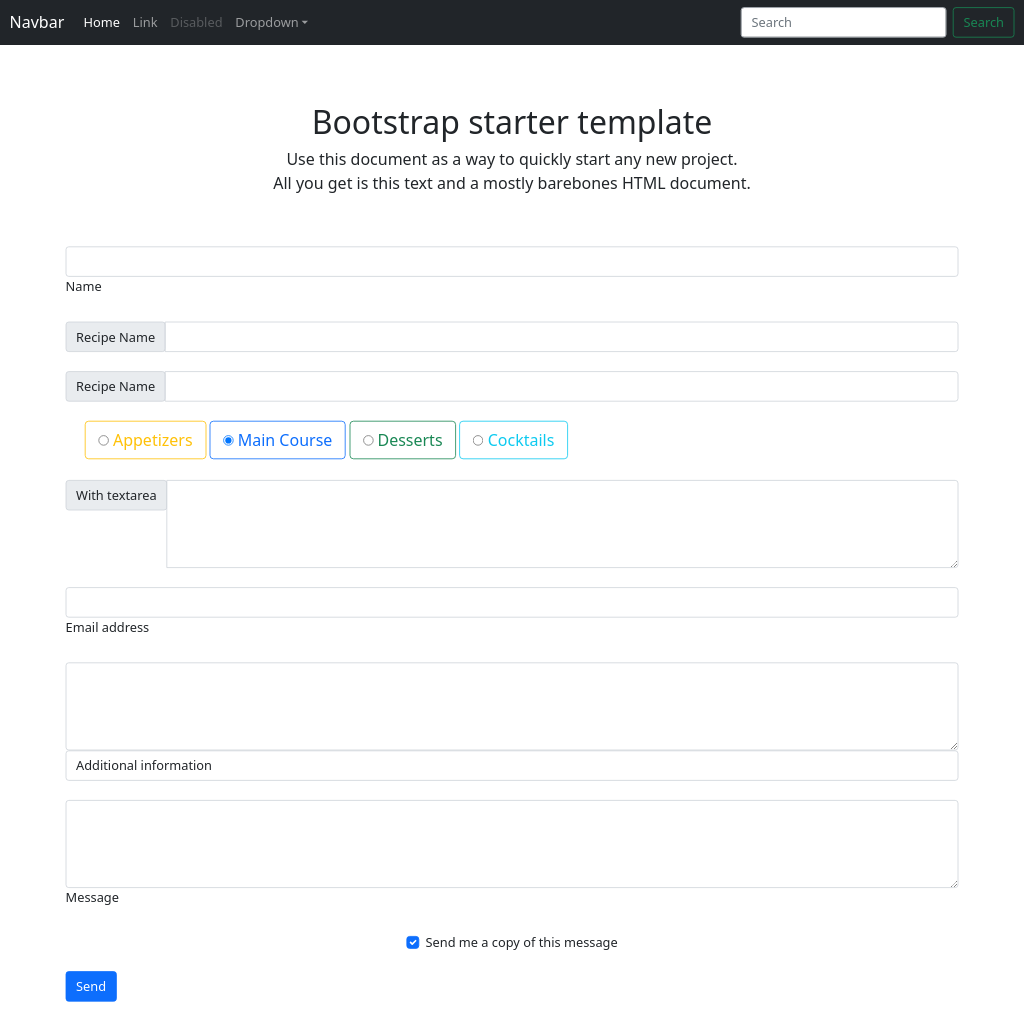
Repository: jerrywthompson/createRecipeWebpageHTML
Page: index.html
The author's editor kept a copy of each file at every save. The page is drawn from the files as they stood at one save, then again after the next save.
The browser window is 1280 px wide. The pictures show the whole page, at 80% of full size.

Above is the page before, as saved 2021-02-23 21:44:55.

### index.html
<!doctype html>
<html lang="en">
    <head>
        <meta charset="utf-8">
        <meta name="viewport" content="width=device-width, initial-scale=1">
        <meta name="description" content="">
        <meta name="author" content="Mark Otto, Jacob Thornton, and Bootstrap contributors">
        <meta name="generator" content="Hugo 0.80.0">
        <title>Starter Template · Bootstrap v5.0</title>

        <link rel="canonical" href="https://getbootstrap.com/docs/5.0/examples/starter-template/">



        <!-- Bootstrap core CSS -->
        <link href="../assets/dist/css/bootstrap.min.css" rel="stylesheet">

        <style>
            .bd-placeholder-img {
                font-size: 1.125rem;
                text-anchor: middle;
                -webkit-user-select: none;
                -moz-user-select: none;
                user-select: none;
            }

            @media (min-width: 768px) {
                .bd-placeholder-img-lg {
                    font-size: 3.5rem;
                }
            }
        </style>


        <!-- Custom styles for this template -->
        <link href="starter-template.css" rel="stylesheet">
    </head>
    <body>

        <nav class="navbar navbar-expand-md navbar-dark bg-dark fixed-top">
            <div class="container-fluid">
                <a class="navbar-brand" href="#">Navbar</a>
                <button class="navbar-toggler" type="button" data-bs-toggle="collapse" data-bs-target="#navbarsExampleDefault" aria-controls="navbarsExampleDefault" aria-expanded="false" aria-label="Toggle navigation">
                    <span class="navbar-toggler-icon"></span>
                </button>

                <div class="collapse navbar-collapse" id="navbarsExampleDefault">
                    <ul class="navbar-nav me-auto mb-2 mb-md-0">
                        <li class="nav-item">
                            <a class="nav-link active" aria-current="page" href="#">Home</a>
                        </li>
                        <li class="nav-item">
                            <a class="nav-link" href="#">Link</a>
                        </li>
                        <li class="nav-item">
                            <a class="nav-link disabled" href="#" tabindex="-1" aria-disabled="true">Disabled</a>
                        </li>
                        <li class="nav-item dropdown">
                            <a class="nav-link dropdown-toggle" href="#" id="dropdown01" data-bs-toggle="dropdown" aria-expanded="false">Dropdown</a>
                            <ul class="dropdown-menu" aria-labelledby="dropdown01">
                                <li><a class="dropdown-item" href="#">Action</a></li>
                                <li><a class="dropdown-item" href="#">Another action</a></li>
                                <li><a class="dropdown-item" href="#">Something else here</a></li>
                            </ul>
                        </li>
                    </ul>
                    <form class="d-flex">
                        <input class="form-control me-2" type="search" placeholder="Search" aria-label="Search">
                        <button class="btn btn-outline-success" type="submit">Search</button>
                    </form>
                </div>
            </div>
        </nav>



        <div class="starter-template text-center py-5 px-3">
            <h1>Bootstrap starter template</h1>
            <p class="lead">Use this document as a way to quickly start any new project.<br> All you get is this text and a mostly barebones HTML document.</p>
        </div>
        <main class="container">
            <div class="input-section">
                <fieldset class="form-group">

                    <form action="test.php" method="post">
                        <!-- Name input -->
                        <div class="form-outline mb-4">
                            <input type="text" name="recipeName" id="form4Example1" class="form-control" />
                            <label class="form-label" for="form4Example1">Name</label>
                        </div>

                        <div class="input-group mb-4">
                            <div class="input-group-prepend">
                                <span class="input-group-text" id="inputGroup-sizing-default">Recipe Name</span>
                            </div>
                            <input type="text" name="notes" class="form-control" aria-label="Default" aria-describedby="inputGroup-sizing-default">
                        </div>

                        <div class="input-group mb-4">
                            <div class="input-group-prepend">
                                <span class="input-group-text" id="inputGroup-sizing-default">Recipe Name</span>
                            </div>
                            <input type="text" name="notes" class="form-control" aria-label="Default" aria-describedby="inputGroup-sizing-default">
                        </div>

                        <div class="input-group mb-4">
                            <div class="form-check">
                                <label class="btn btn-outline-warning btn-lg">
                                    <input type="radio" name="recipeType" id="appetizers" value="appetizers" autocomplete="off" > Appetizers
                                </label>
                                <label class="btn btn-outline-primary btn-lg">
                                    <input type="radio" name="recipeType" id="main_course" value="main_course" autocomplete="off" checked> Main Course
                                </label>
                                <label class="btn btn-outline-success btn-lg">
                                    <input type="radio" name="recipeType" id="desserts" value="desserts" autocomplete="off"> Desserts
                                </label>
                                <label class="btn btn-outline-info btn-lg">
                                    <input type="radio" name="recipeType" id="cocktails" value="cocktails" autocomplete="off"> Cocktails
                                </label>
                            </div>
                        </div>

                        <div class="input-group mb-4">
                            <div class="input-group-prepend">
                                <span class="input-group-text">With textarea</span>
                            </div>
                            <textarea class="form-control" name="comments" id="form4Example3" rows="4"></textarea>
                        </div>
                        <!-- Email input -->
                        <div class="form-outline mb-4">
                            <input type="email" id="form4Example2" class="form-control" />
                            <label class="form-label" for="form4Example2">Email address</label>
                        </div>

                        <div class="form-outline mb-4">
                            <textarea class="form-control" id="form6Example7" rows="4"></textarea>
                            <label class="form-control" >Additional information</label>
                        </div>

                        <!-- Message input -->
                        <div class="form-outline mb-4">
                            <textarea class="form-control" name="comments" id="form4Example3" rows="4"></textarea>
                            <label class="form-label" for="form4Example3">Message</label>
                        </div>

                        <!-- Checkbox -->
                        <div class="form-check d-flex justify-content-center mb-4">
                            <input
                                class="form-check-input me-2"
                                type="checkbox"
                                value=""
                                id="form4Example4"
                                checked
                                />
                            <label class="form-check-label" for="form4Example4">
                                Send me a copy of this message
                            </label>
                        </div>

                        <!-- Submit button -->
                        <button type="submit" class="btn btn-primary btn-block mb-4">Send</button>
                    </form>






                    <script src="../assets/dist/js/bootstrap.bundle.min.js"></script>


                    </body>
                    </html>
                    <a href="../flask_db4/flaskblog/templates/create_post.html"></a>

Loaded but not shown: assets/dist/css/bootstrap.min.css (library); starter-template.css (common file); assets/dist/js/bootstrap.bundle.min.js (library)

After the next save:
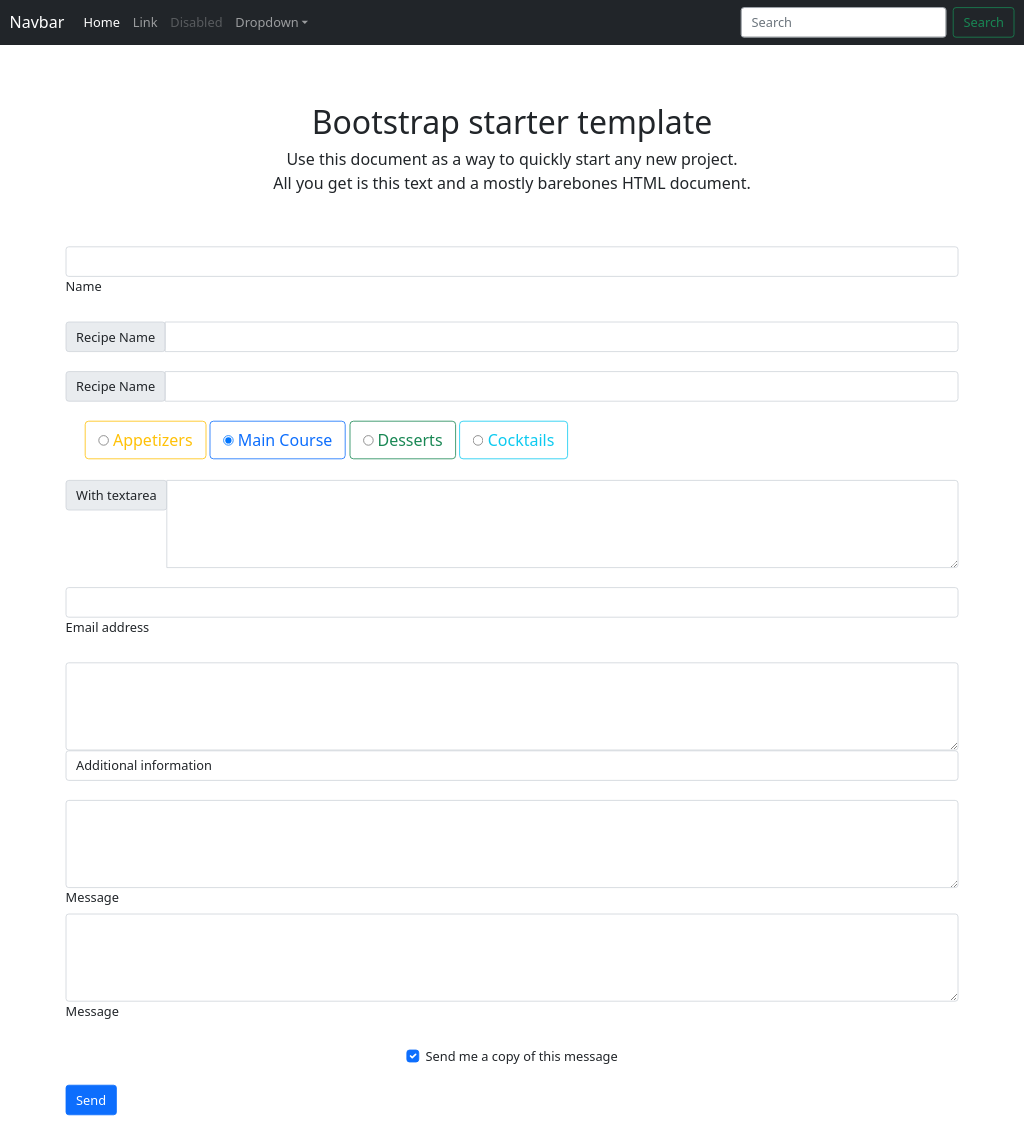
Saved 15 min 4 s later.
--- a/index.html
+++ b/index.html
@@ -137,6 +137,11 @@
                             <label class="form-control" >Additional information</label>
                         </div>
 
+                        <div class="form-outline">
+                            <textarea class="form-control" id="textAreaExample" rows="4"></textarea>
+                            <label class="form-label" for="textAreaExample">Message</label>
+                          </div>
+
                         <!-- Message input -->
                         <div class="form-outline mb-4">
                             <textarea class="form-control" name="comments" id="form4Example3" rows="4"></textarea>
